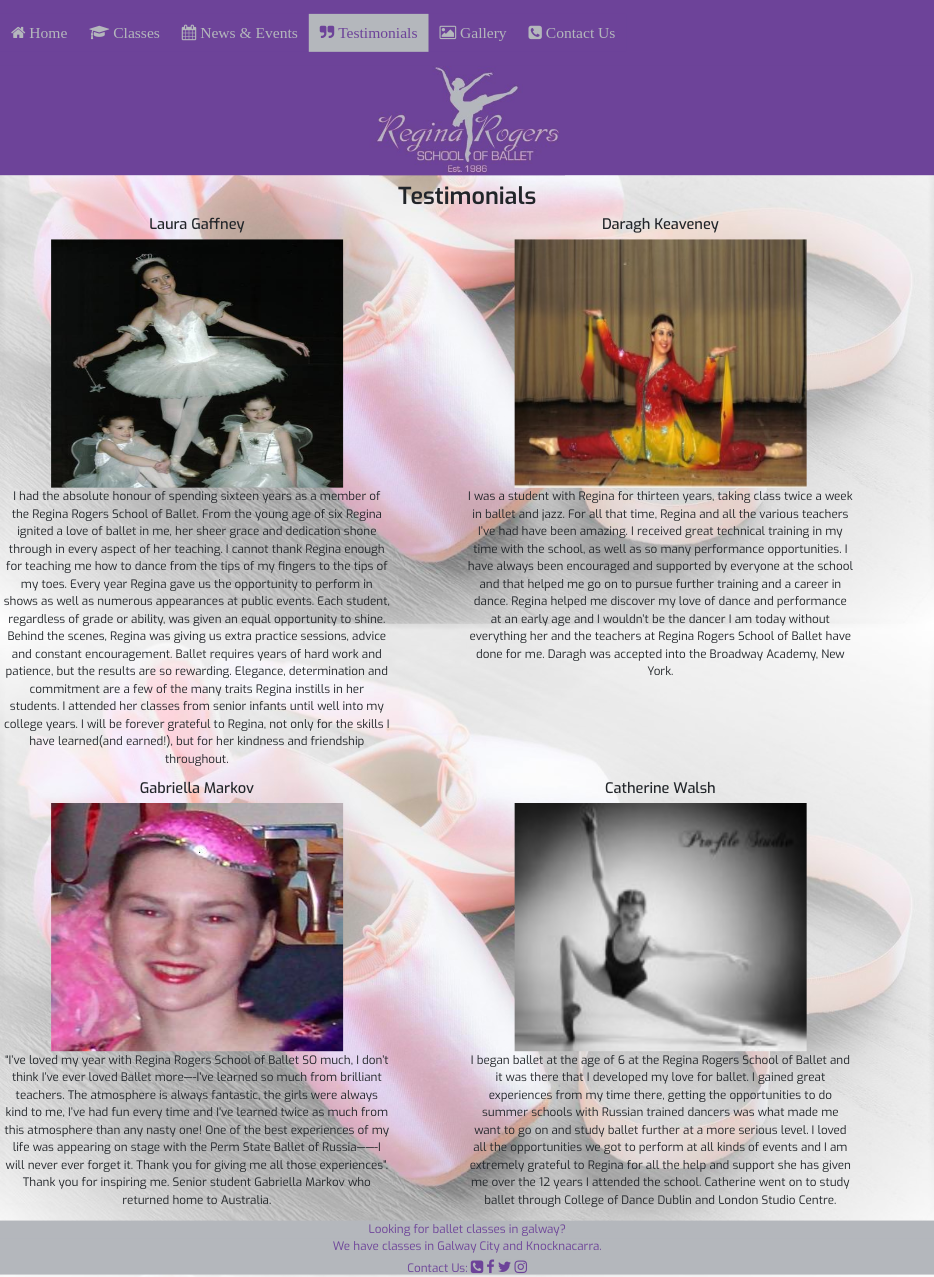
Repository: davidtmiller2010/galwayballet
Page: Testimonial.html
The author's editor kept a record of every edit. The page is drawn from the files as they stood at one moment, then again after the next edit.
The browser window is 1280 px wide. The pictures show the whole page, at 73% of full size.

Above is the page before.

### Testimonial.html
<!DOCTYPE html>
<html lang="en">

<head>
    <meta charset="UTF-8">
    <meta name="viewport" content="width=device-width, initial-scale=1.0">
    <meta http-equiv="X-UA-Compatible" content="ie=edge">
    <link rel="stylesheet" href="https://stackpath.bootstrapcdn.com/bootstrap/4.3.1/css/bootstrap.min.css" type="text/css" />
    <link rel="stylesheet" href="https://stackpath.bootstrapcdn.com/font-awesome/4.7.0/css/font-awesome.min.css" type="text/css" />
    <link rel="stylesheet" href="assets/CSS/style1.css" type="text/css" />
    <link href="https://fonts.googleapis.com/css?family=Exo|Roboto" rel="stylesheet">
    <link href="https://fonts.googleapis.com/css?family=Dancing+Script" rel="stylesheet">
    <title>Regina Rogers</title>
</head>

<body>
    <header>
        <div class="navbar ">
            <ul>
                <li><a href="index.html" class=" col-12  col-2"><i class="fa fa-home fa-lg"> Home</i></a></li>
                <li><a href="Classes.html" class=" col-12  col-2"><i class="fa fa-graduation-cap fa-lg"> Classes</i></a></li>
                <li><a href="News.html" class=" col-12  col-2"><i class="fa fa-calendar fa-lg"> News & Events</i></a></li>
                <li><a href="Testimonial.html" class="active col-12  col-2"><i class="fa fa-quote-right fa-lg"> Testimonials</i></a></li>
                <li><a href="Gallery.html" class=" col-12  col-2"><i class="fa fa-image fa-lg"> Gallery</i></a></li>
                <li><a href="Contact.html" class=" col-12  col-2"><i class="fa fa-phone-square fa-lg"> Contact Us</i></a></li>
            </ul>
        </div>
    </header>
    <section class="container-fluid">
        <div class="logo">
            <!---logo--->
        </div>
        <h2 class=heading>Testimonials</h2>
        <div class="row">
            <div class="col-sm-5 testimonials">
                <h5>Laura Gaffney</h5>
                <img src="../assets/images/laura.jpg" width="400" height="340">
                <p>I had the absolute honour of spending sixteen years as a member of the Regina Rogers School of Ballet. From the young age of six Regina ignited a love of ballet in me, her sheer grace and dedication shone through in every aspect of her
                    teaching. I cannot thank Regina enough for teaching me how to dance from the tips of my fingers to the tips of my toes. Every year Regina gave us the opportunity to perform in shows as well as numerous appearances at public events.
                    Each student, regardless of grade or ability, was given an equal opportunity to shine. Behind the scenes, Regina was giving us extra practice sessions, advice and constant encouragement. Ballet requires years of hard work and patience,
                    but the results are so rewarding. Elegance, determination and commitment are a few of the many traits Regina instills in her students. I attended her classes from senior infants until well into my college years. I will be forever grateful
                    to Regina, not only for the skills I have learned(and earned!), but for her kindness and friendship throughout.</p>
            </div>
            <div class="col-sm-1">
            </div>
            <div class="col-sm-5 testimonials">
                <h5>Daragh Keaveney</h5>
                <img src="../assets/images/Daragh.jpg" width="400" height="340">
                <p>I was a student with Regina for thirteen years, taking class twice a week in ballet and jazz. For all that time, Regina and all the various teachers I’ve had have been amazing. I received great technical training in my time with the school,
                    as well as so many performance opportunities. I have always been encouraged and supported by everyone at the school and that helped me go on to pursue further training and a career in dance. Regina helped me discover my love of dance
                    and performance at an early age and I wouldn’t be the dancer I am today without everything her and the teachers at Regina Rogers School of Ballet have done for me. Daragh was accepted into the Broadway Academy, New York.</p>
            </div>

            <div class="col-sm-5 testimonials">
                <h5>Gabriella Markov</h5>
                <img src="../assets/images/gabriella.jpg" width="400" height="340">
                <p>“I’ve loved my year with Regina Rogers School of Ballet SO much, I don’t think I’ve ever loved Ballet more—-I’ve learned so much from brilliant teachers. The atmosphere is always fantastic, the girls were always kind to me, I’ve had fun
                    every time and I’ve learned twice as much from this atmosphere than any nasty one! One of the best experiences of my life was appearing on stage with the Perm State Ballet of Russia——-I will never ever forget it. Thank you for giving
                    me all those experiences”. Thank you for inspiring me. Senior student Gabriella Markov who returned home to Australia.</p>
            </div>
            <div class="col-sm-1">
            </div>
            <div class="col-sm-5 testimonials">
                <h5>Catherine Walsh</h5>
                 <img src="../assets/images/Catherine.jpg" width="400" height="340">
                <p>I began ballet at the age of 6 at the Regina Rogers School of Ballet and it was there that I developed my love for ballet. I gained great experiences from my time there, getting the opportunities to do summer schools with Russian trained
                    dancers was what made me want to go on and study ballet further at a more serious level. I loved all the opportunities we got to perform at all kinds of events and I am extremely grateful to Regina for all the help and support she
                    has given me over the 12 years I attended the school. Catherine went on to study ballet through College of Dance Dublin and London Studio Centre.</p>
            </div>
        </div>
    </section>
    <footer>
        <div class="footermessage">
            <h7 class="uppercase general">Looking for ballet classes in galway?</h7><br/>
            <p class="inline-block footermessage">
                We have classes in Galway City and Knocknacarra.
                <br> Contact Us:
                <a href="#" target="_blank">
                     <i class="fa fa-phone-square infobutton" aria-hidden="true"></i>
                    </a>
                <a target="_blank" href="#">
                            <i class="fa fa-facebook infobutton " aria-hidden="true"></i>
                            <span class="sr-only">Facebook</span>
                        </a>
                <a target="_blank" href="#">
                            <i class="fa fa-twitter infobutton " aria-hidden="true"></i>
                            <span class="sr-only">Twitter</span>
                        </a>
                <a target="_blank" href="#">
                            <i class="fa fa-instagram infobutton " aria-hidden="true"></i>
                            <span class="sr-only">Instagram</span>
                        </a>
            </p>
        </div>
    </footer>
    <script src="https://code.jquery.com/jquery-3.3.1.slim.min.js" integrity="sha384-q8i/X+965DzO0rT7abK41JStQIAqVgRVzpbzo5smXKp4YfRvH+8abtTE1Pi6jizo" crossorigin="anonymous"></script>
    <script src="https://cdnjs.cloudflare.com/ajax/libs/popper.js/1.14.7/umd/popper.min.js" integrity="sha384-UO2eT0CpHqdSJQ6hJty5KVphtPhzWj9WO1clHTMGa3JDZwrnQq4sF86dIHNDz0W1" crossorigin="anonymous"></script>
    <script src="https://stackpath.bootstrapcdn.com/bootstrap/4.3.1/js/bootstrap.min.js" integrity="sha384-JjSmVgyd0p3pXB1rRibZUAYoIIy6OrQ6VrjIEaFf/nJGzIxFDsf4x0xIM+B07jRM" crossorigin="anonymous"></script>

</body>

### assets/CSS/style1.css
@import url('https://fonts.googleapis.com/css?family=Exo:100,200,300,400,500,600,700|Roboto:100,200,300,400,500,600,700');

/*----------colors---------*/

.bg-color-details {
    background: none;
    color: #6D4399;
}

.formbg {
    background: none;
}


.bg-color-contact {
    color: #6D4399;
    background: none;
}

/*----------Header---------*/

header {
    margin-bottom: 90px;
}

.navbar {
    overflow: hidden;
    background-color: #6D4399;
    position: fixed;
    top: 0;
    width: 100%;
    height: 90px;
    padding: 0;
    float: right;
}

ul {
    list-style-type: none;
    margin: 0;
    margin-top: 0;
    padding: 0;
    background-color: #6D4399;
}

li {
    float: left;
}

li a {
    display: block;
    color: #B4B7BC;
    text-align: center;
    padding: 14px 16px;
    text-decoration: none;
}

li a:hover:not(.active) {
    background-color: #000;
}

li a:hover {
    color: white;
    background-color: #6D4399;
}

.active {
    background-color: #B4B7BC;
    color: #6D4399;
}


/*----------body---------*/

body {
    top: 20px;
    background-image: url("../images/balletshoes.jpg");
    background-size: 100%;
    font-family: "Exo", sans-serif;
}

.logo {
    background: #6D4399;
    background-image: url("../images/reginalogo3.jpg");
    background-position: center;
    background-repeat: no-repeat;
    background-size: contain;
    top: 0;
    width: 100%;
    position: relative;
    height: 150px;
    padding: 0;
    z-index: -1;
    margin: 0;
}


.row {
    margin-left: 5px;
    margin-right: 5px;
}

.paragraph {
    margin: 10px 0;
    text-align: justify;
    text-justify: inter-word;
    font-family: "Exo", Times, serif;
    font-size: 20px;
    font-weight: 500;
    z-index: -1;
}


/*----------Footer---------*/

footer {
    background: #6D4399;
    color: #6D4399;
    padding-bottom: 10px;
    margin: 0;
    text-align: center;
    height: 50px;
}

.footermessage {
    background-color: #B4B7BC;
    margin: 0;
    height: 50px;
    padding: 0px;
}

.infobutton {
    background-color: #B4B7BC;
    font-size: 20px;
    color: #6D4399;
    margin: 0;
    margin-top: 5px;
    padding: 0;
    transition: all 0.5s ease-in-out;
    -moz-transition: all 0.5s ease-in-out;
    -webkit-transition: all 0.5s ease-in-out;
    -o-transition: all 0.5s ease-in-out;
}

.infobutton:hover {
    color: white;
}

/*----------Tables---------*/

.table {
    border: solid;
    width: 80%;
    color: black;
    border-color: #6D4399;
    margin-left: 10%;
    margin-right: 10%;
    background-color: #B4B7BC;
}

table th {
    background: #6D4399;
    color: white;
    border: solid;
    border-color: #6D4399;
    text-align: center;
}

table td {
    border: solid;
    color: black;
    border-color: #6D4399;
}

#formstyle {
    width: 50%;
    display: inline-block;
    text-align: center;
    margin-left: 25%;
    margin-right: 25%;
}

.form-row {
    margin-top: 5px;
}

/*----------General---------*/

.headers {
    font-weight: 800;
    font-family: "Exo", sans-serif;
    text-align: center;
    text-decoration: underline;
}

.heading {
    font-weight: 600;
    font-family: "Exo", sans-serif;
    text-align: center;
    margin-top: 10px;

}

.headerstyle {
    font-weight: 700;
    font-family: "Exo", sans-serif;
    text-align: center;
    margin-bottom: 15px;
}

.container-fluid {
    padding: 0;
    margin: 0;
}

.contact-heading {
    margin: 25px 0;
}

.gallery {
    margin: 15px 30px;
}

.news {
    z-index: -1;

}

.newsheader {
    margin: 20px 0;
    text-align:center;
    text-decoration:underline;
    font-weight:bold;
    color:#6D4399;
}

.bordernews {
  border-style: solid;
  border-width:1px;
}

/*----------Testimonials---------*/

.testimonials {
    padding: 0;
    margin: 0;
    text-align: center;
    z-index: -1;
}

After the next edit:
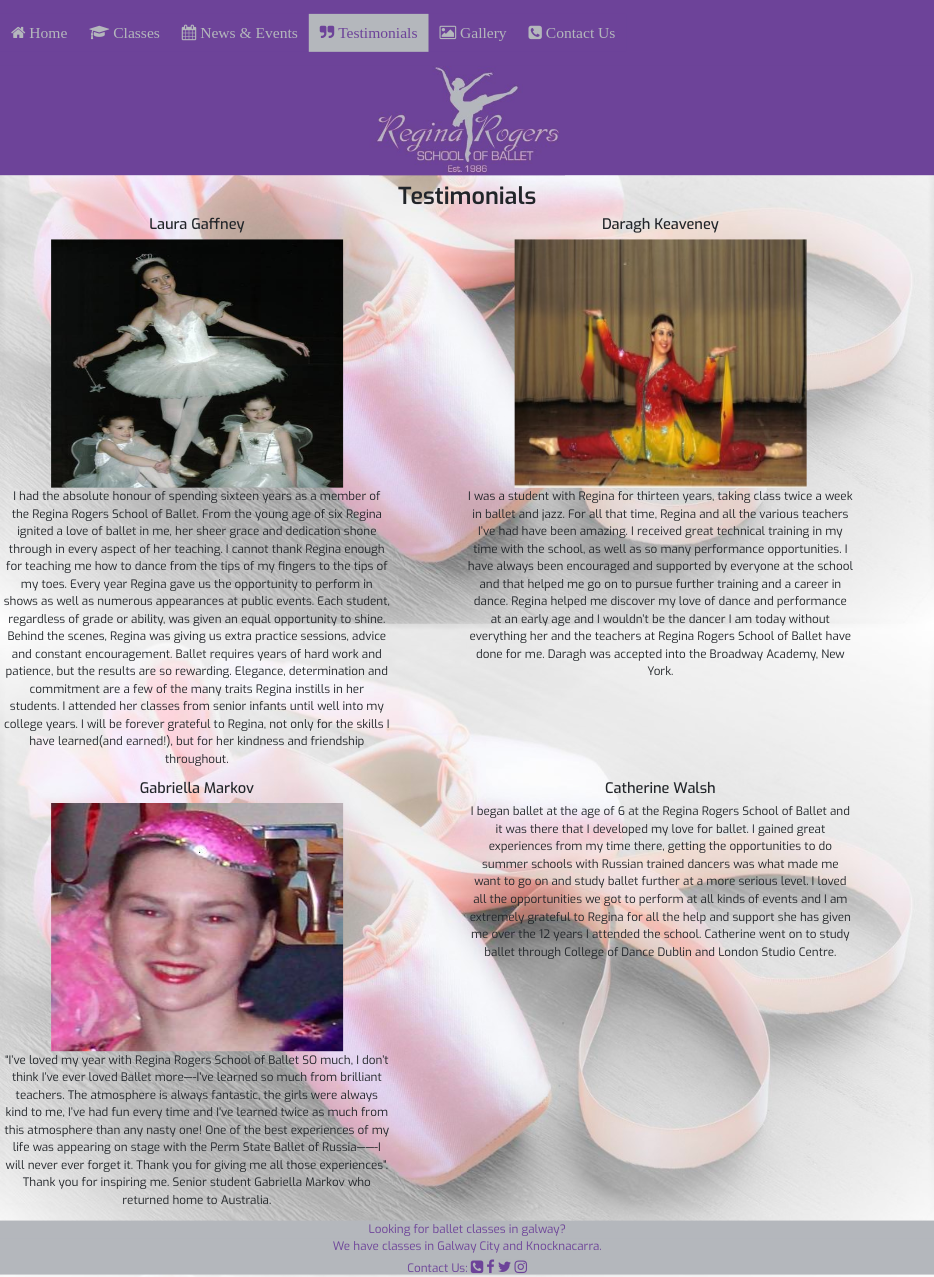
The edit:
--- a/Testimonial.html
+++ b/Testimonial.html
@@ -62,7 +62,6 @@
             </div>
             <div class="col-sm-5 testimonials">
                 <h5>Catherine Walsh</h5>
-                 <img src="../assets/images/Catherine.jpg" width="400" height="340">
                 <p>I began ballet at the age of 6 at the Regina Rogers School of Ballet and it was there that I developed my love for ballet. I gained great experiences from my time there, getting the opportunities to do summer schools with Russian trained
                     dancers was what made me want to go on and study ballet further at a more serious level. I loved all the opportunities we got to perform at all kinds of events and I am extremely grateful to Regina for all the help and support she
                     has given me over the 12 years I attended the school. Catherine went on to study ballet through College of Dance Dublin and London Studio Centre.</p>
